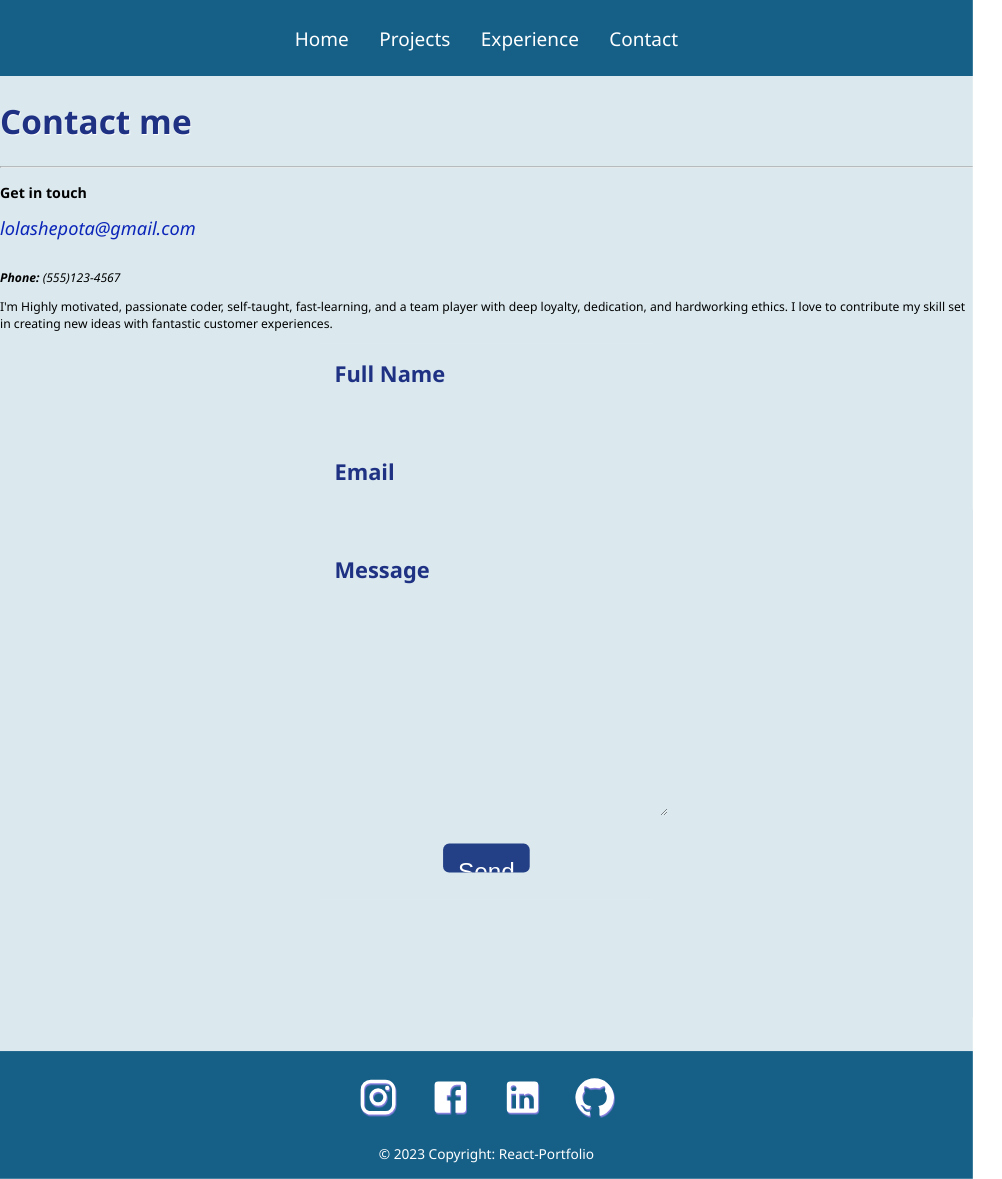
Repository: LolaSL/react-portfolio
Page: /contact
These files come from the project's save history. The page is drawn as it stood at one moment and after the next save; the edit follows.
The browser window is 1280 px wide. The page is 1280 px wide, then 1318 px, so the pictures cover 1318 px, including what lies to the right of the window. The pictures show the whole page, at 76% of full size.
The project was rebuilt for these pictures with package versions that can differ from the ones it lists, and the page was loaded fresh each time. Also part of the build but not shown: src/pages/Home/Style.css, src/pages/Home/Home.jsx, src/components/ProjectItem/Style.css, src/components/ProjectItem/ProjectItem.jsx, src/helpers/ProjectList.js, src/pages/Projects/Style.css, src/pages/Projects/Projects.jsx, src/pages/Experience/Style.css and 2 more.

Above is the page before, as saved 2023-09-27 17:30:34.

After the next save:
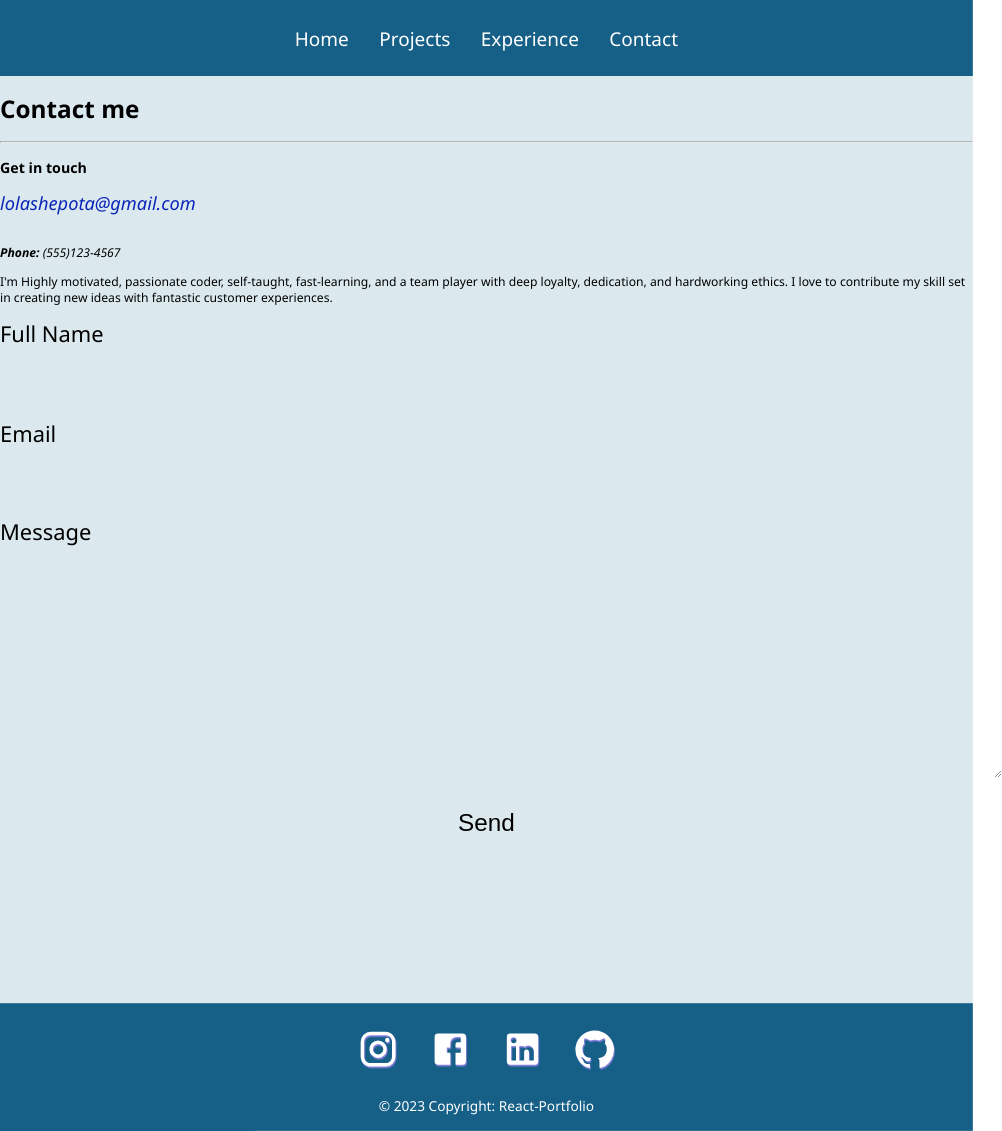
Saved 26 s later.
--- a/src/pages/Contact/Style.css
+++ b/src/pages/Contact/Style.css
@@ -1,4 +1,4 @@
-.contact-form {
+/* .contact-form {
   max-width: 400px;
   margin: 0 auto;
   padding: 20px;
@@ -62,7 +62,7 @@ h1{
     color: white;
     border: none;
   }
-
+   */
   width: 100%;
   .form-group {
     width: 100%;
